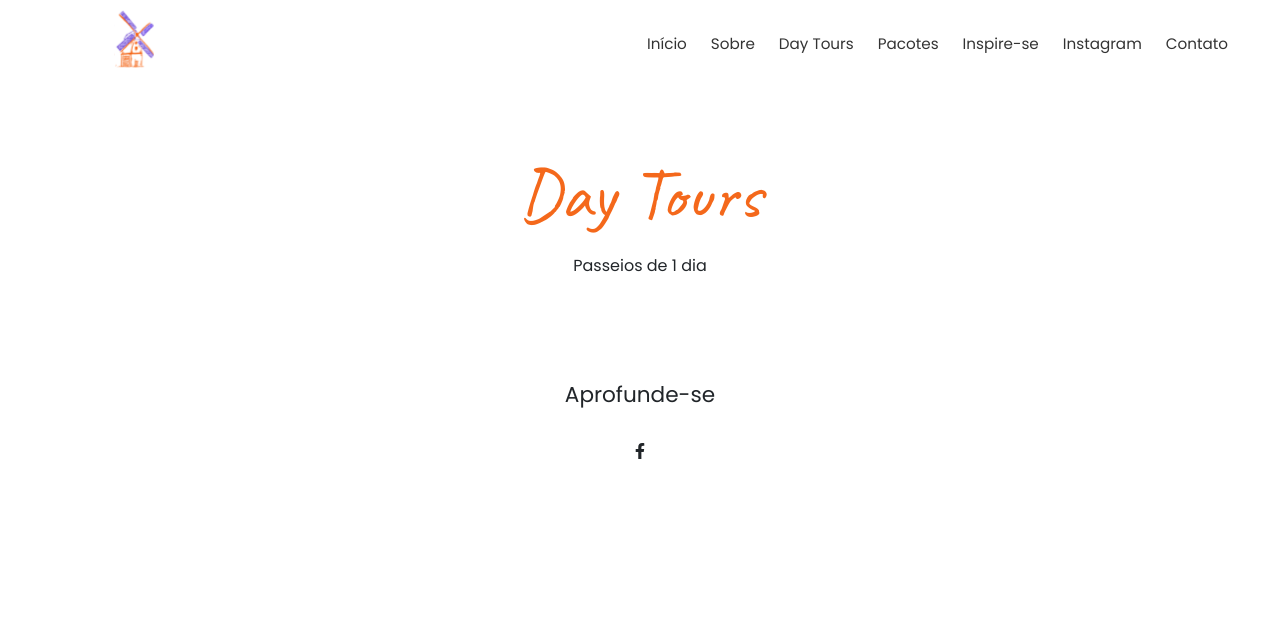
Repository: yurirech/aprofunde-se
Page: /day-tours
These files come from the project's save history. The page is drawn as it stood at one moment and after a run of saves; the edit follows.
The browser window is 1280 px wide. The pictures show the whole page.
Some web libraries are served in a nearby version. The project was rebuilt for these pictures with package versions that can differ from the ones it lists, and the page was loaded fresh each time. Also part of the build but not shown: src/pages/Home/home-header/home-header.styles.js, src/pages/Home/home-header/home-header.component.jsx, src/pages/Home/home.data.js, src/pages/Home/home.styles.js, src/components/SharedComponents/CarouselWithArrows/CarouselWithArrowsStyled.js, src/components/SharedComponents/CarouselWithArrows/CarouselWithArrows.jsx, src/components/SharedComponents/button/button.styles.js, src/components/SharedComponents/button/button.component.jsx and 26 more.

Above is the page before, as saved 2020-06-16 17:46:51.

After the next 2 saves:
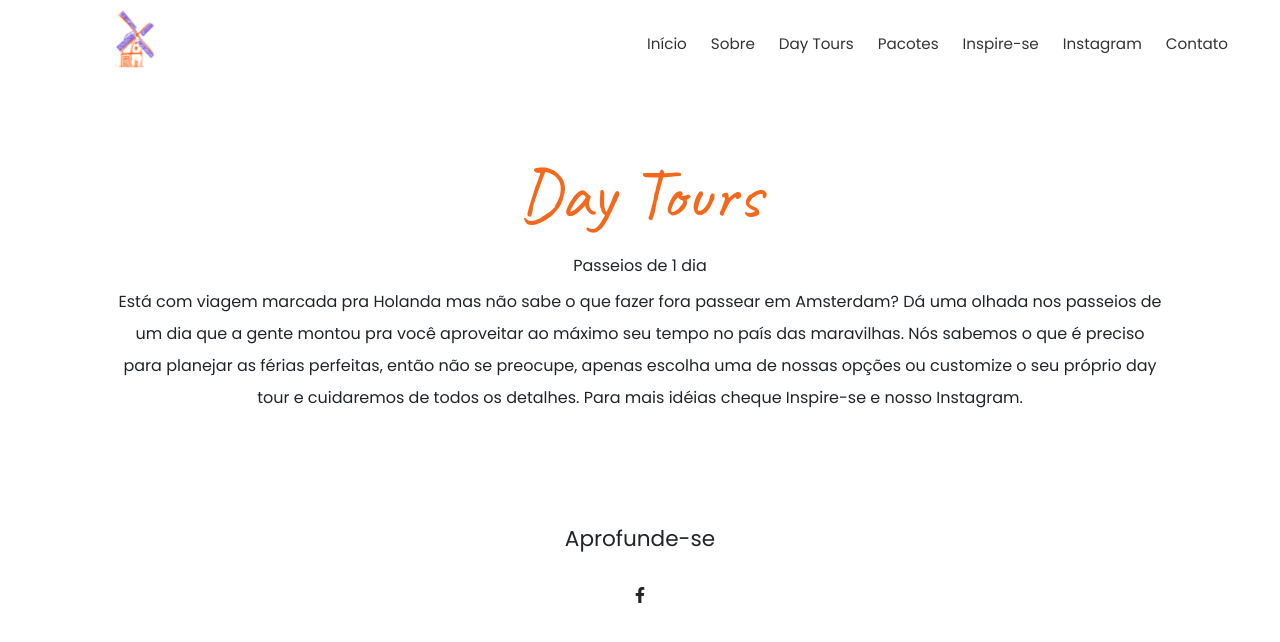
The 2 saves are shown as one change because they came seconds apart.
The last was saved 8 s later.
--- a/src/pages/day-tours/day-tours.component.jsx
+++ b/src/pages/day-tours/day-tours.component.jsx
@@ -9,7 +9,7 @@ import { header } from './day-tours.data';
 const DayTours = () => (
       <Content>
         <FlexContainer justify='center'>
-          <CentralizedSection title={header.title} mainText='' >
+          <CentralizedSection title={header.title} mainText={header.mainText} >
             <label>Passeios de 1 dia</label>
           </CentralizedSection>
         </FlexContainer>
